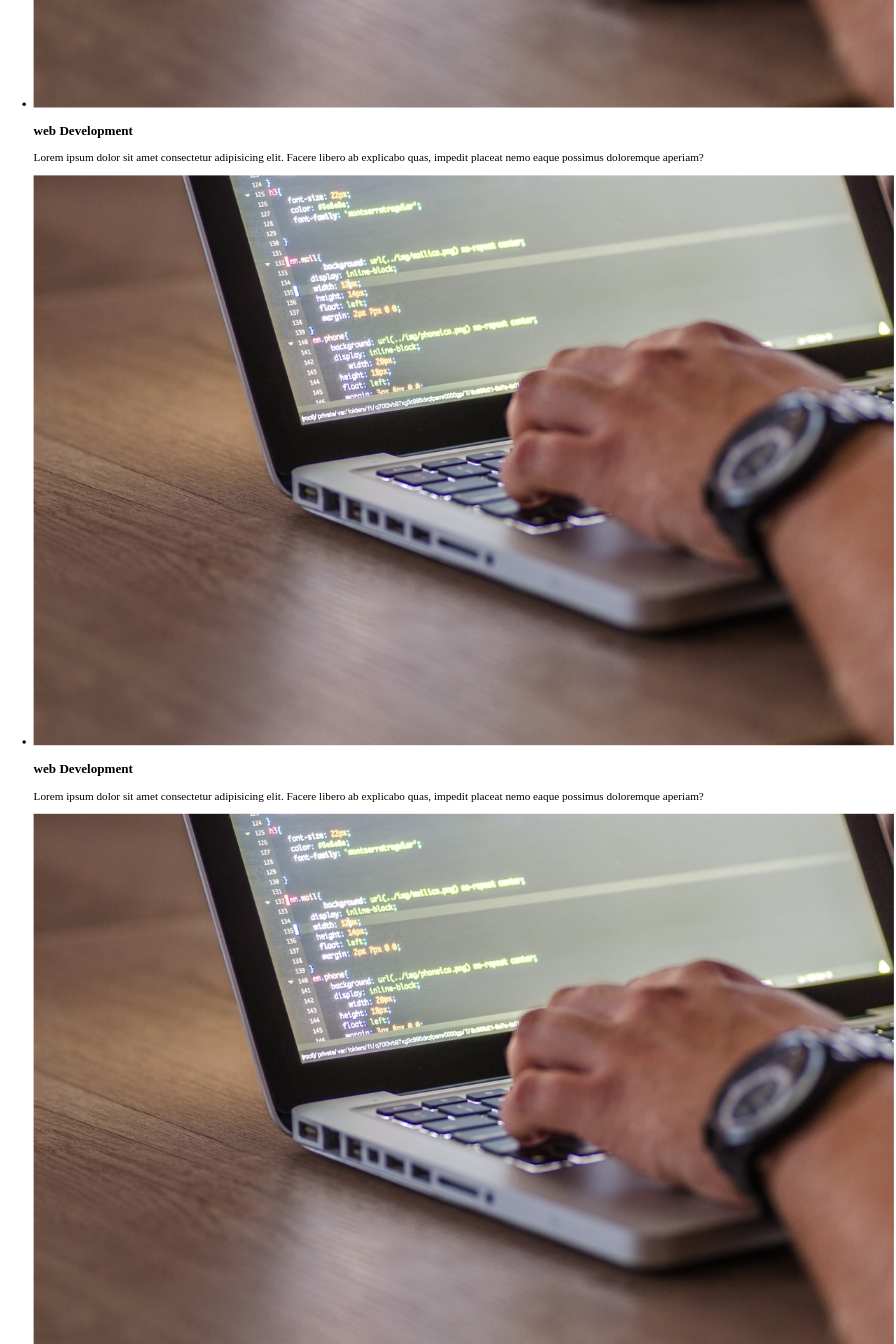
Repository: ErikBaer/MobileFirst
Page: index.html
The author's editor kept a copy of each file at every save. The page is drawn from the files as they stood at one save, then again after the next save.
The browser window is 1280 px wide. The pictures show the part of the page from y = 912 to 2832 px (the page is 2985 px tall before and 2939 px after), at 70% of full size.

Above is the page before, as saved 2020-02-15 02:19:52.

After the next save:
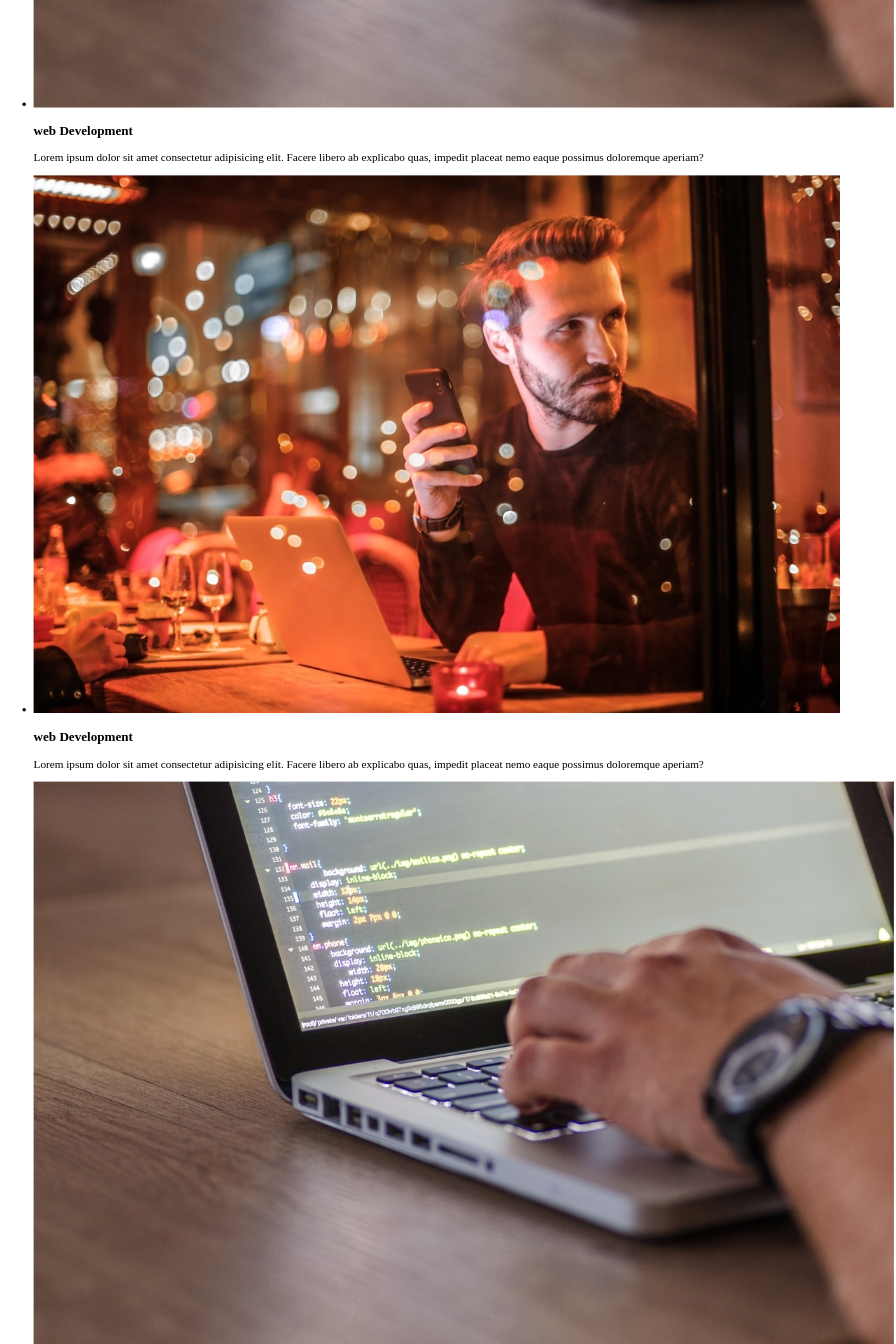
Saved 3 min 44 s later.
--- a/index.html
+++ b/index.html
@@ -53,7 +53,7 @@
             </li>
             <li>
                 <div class="card">
-                    <img src="./Assets/Coding-Person.jpg" alt="">
+                    <img src="./Assets/mobile-man.jpg" alt="">
                     <div class="card-content">
                         <h3 class="card-title">web Development</h3>
                         <p>Lorem ipsum dolor sit amet consectetur
